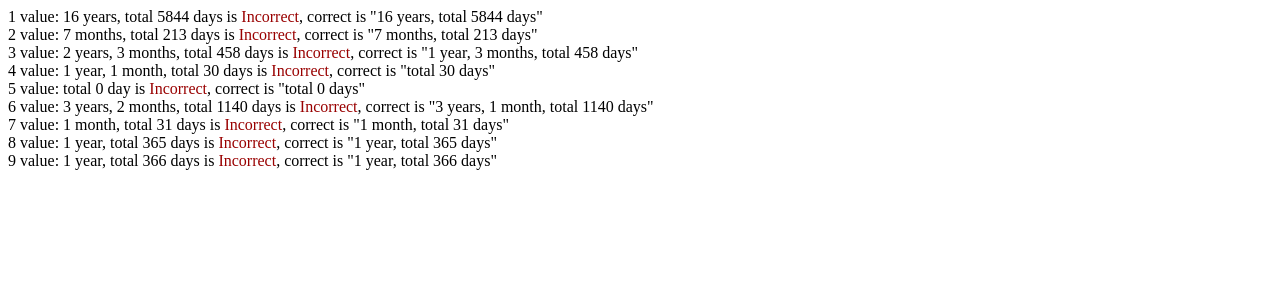
Repository: jamieking1996/tech-assessment-int
Page: index.html
These files come from the project's save history. The page is drawn as it stood at one moment and after the next save; the edit follows.
The browser window is 1280 px wide. The pictures show the whole page.

Above is the page before, as saved 2021-08-10 17:08:30.

### index.html
<html>
<head></head>

<body class="results"></body>

<script src="./main.js"></script>
<script src="./output.js"></script>
</html>

### main.js
/*
 * Your program must print string with the number of years and months and the total number of days between the dates.
 * Dates are provided in dd.mm.yyyy format.
 * You are not allowed to plug in JS libraries such as moment.js or date-fns directly into the code. All code need to be written in this file.
 *
 * Result must be shown as a string in years, months and total days. If years or months are 0, then it should not be displayed in the output.
 *
 * Example:
 * Input: ['01.01.2000', '01.01.2016']
 * Output:
 * '16 years, total 5844 days'
 *
 * Example 2:
 * Input: ['01.11.2015', '01.02.2017']
 *
 * Output:
 * '1 year, 3 months, total 458 days'
*/
const dates = [
    ['01.01.2000', '01.01.2016'],
    ['01.01.2016', '01.08.2016'],
    ['01.11.2015', '01.02.2017'],
    ['17.12.2016', '16.01.2017'],
    ['01.01.2016', '01.01.2016'],
    ['28.02.2015', '13.04.2018'],
    ['28.01.2015', '28.02.2015'],
    ['17.03.2022', '17.03.2023'],
    ['17.02.2024', '17.02.2025'],
];

// Receive string of dates one after each other
function outputDate(dates) {
  return getDiff(convertDateToCorrectFormat(dates[0]), convertDateToCorrectFormat(dates[1]));
}

function getDiff(d1, d2) {
  if (!isBeforeDateBeforeAfterDate(d1, d2)) {
    return new Error('First date is after second date.');
  }
  return `
    ${yearDiff(d1, d2) ? yearDiff(d1, d2) + " " : ''}
    ${monthDifference(d1, d2) ? monthDifference(d1, d2) + " " : ''}
    ${totalDayDiff(d1, d2)}`;
}

function convertDateToCorrectFormat(date) {
  const splitDate = date.split('.');
  return new Date(`${splitDate[2]}-${splitDate[1]}-${splitDate[0]}`);
}

function monthDifference(beforeDate, afterDate) {
  const months = getNumberedMonthDifference(beforeDate, afterDate);
  return months <= 0 ? false : `${months} ${pluralise(months, 'month')},`;
}

function getNumberedMonthDifference(beforeDate, afterDate) {
  const monthOffset = beforeDate.getMonth() > afterDate.getMonth() ? 12 : 0;
  // get the literal day e.g is 18 < 24. If so, then -1 off return value. If not, do nothing
  return monthOffset - beforeDate.getMonth() + afterDate.getMonth();
}

function totalDayDiff(d1, d2) {
  const differenceBetweenDatesInMiliSec = Math.floor(
    d2.getTime() - d1.getTime()
  );
  const dayInMilliSeconds = 1000 * 60 * 60 * 24;
  const days = Math.floor(
    differenceBetweenDatesInMiliSec / dayInMilliSeconds
  );
  return `total ${days} ${pluralise(days, 'day')}`;
}

function yearDiff(d1, d2) {
  const years = d2.getFullYear() - d1.getFullYear();
  return years > 0 ? `${years} ${pluralise(years, 'year')},` : false;
}

function pluralise(count, word) {
  return count > 1 ? `${word}s` : word;
}

function isBeforeDateBeforeAfterDate(beforeDate, afterDate) {
  if (beforeDate.getTime() <= afterDate.getTime()) {
    return true;
  }
  return false;
}

### output.js
const correctAnswers = [
    '16 years, total 5844 days',
    '7 months, total 213 days',
    '1 year, 3 months, total 458 days',
    'total 30 days',
    'total 0 days',
    '3 years, 1 month, total 1140 days',
    '1 month, total 31 days',
    '1 year, total 365 days',
    '1 year, total 366 days'
];
let results = '';

for (let oneDate in dates) {
    const value = outputDate(dates[oneDate]);
    const num = parseInt(oneDate) + 1;
    console.log('value', value);
    console.log('correctAnswer', correctAnswers[oneDate]);

    const answer = (value === correctAnswers[oneDate] ? '<span style="color: #090">Correct</span>' : `<span style="color: #900">Incorrect</span>, correct is "${correctAnswers[oneDate]}"`);

    results += `${num} value: ${value} is ${answer}<br>`;
}

document.querySelector('.results').innerHTML = results;

After the next save:
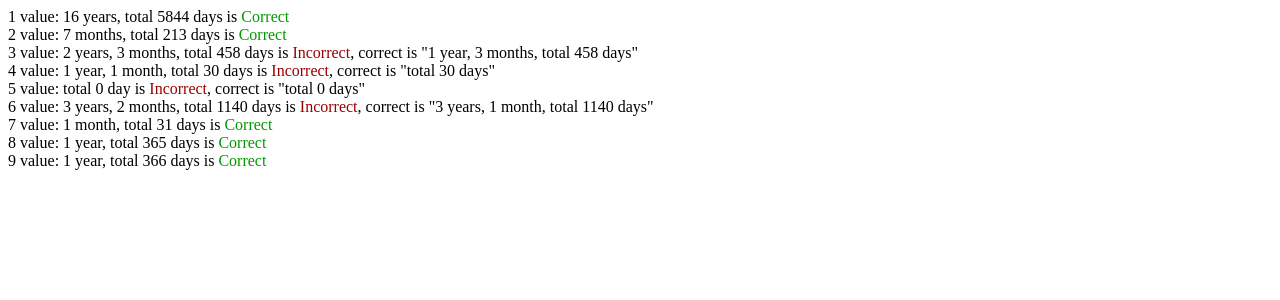
Saved 23 s later.
--- a/main.js
+++ b/main.js
@@ -37,10 +37,7 @@ function getDiff(d1, d2) {
   if (!isBeforeDateBeforeAfterDate(d1, d2)) {
     return new Error('First date is after second date.');
   }
-  return `
-    ${yearDiff(d1, d2) ? yearDiff(d1, d2) + " " : ''}
-    ${monthDifference(d1, d2) ? monthDifference(d1, d2) + " " : ''}
-    ${totalDayDiff(d1, d2)}`;
+  return `${yearDiff(d1, d2) ? yearDiff(d1, d2) + " " : ''}${monthDifference(d1, d2) ? monthDifference(d1, d2) + " " : ''}${totalDayDiff(d1, d2)}`;
 }
 
 function convertDateToCorrectFormat(date) {
